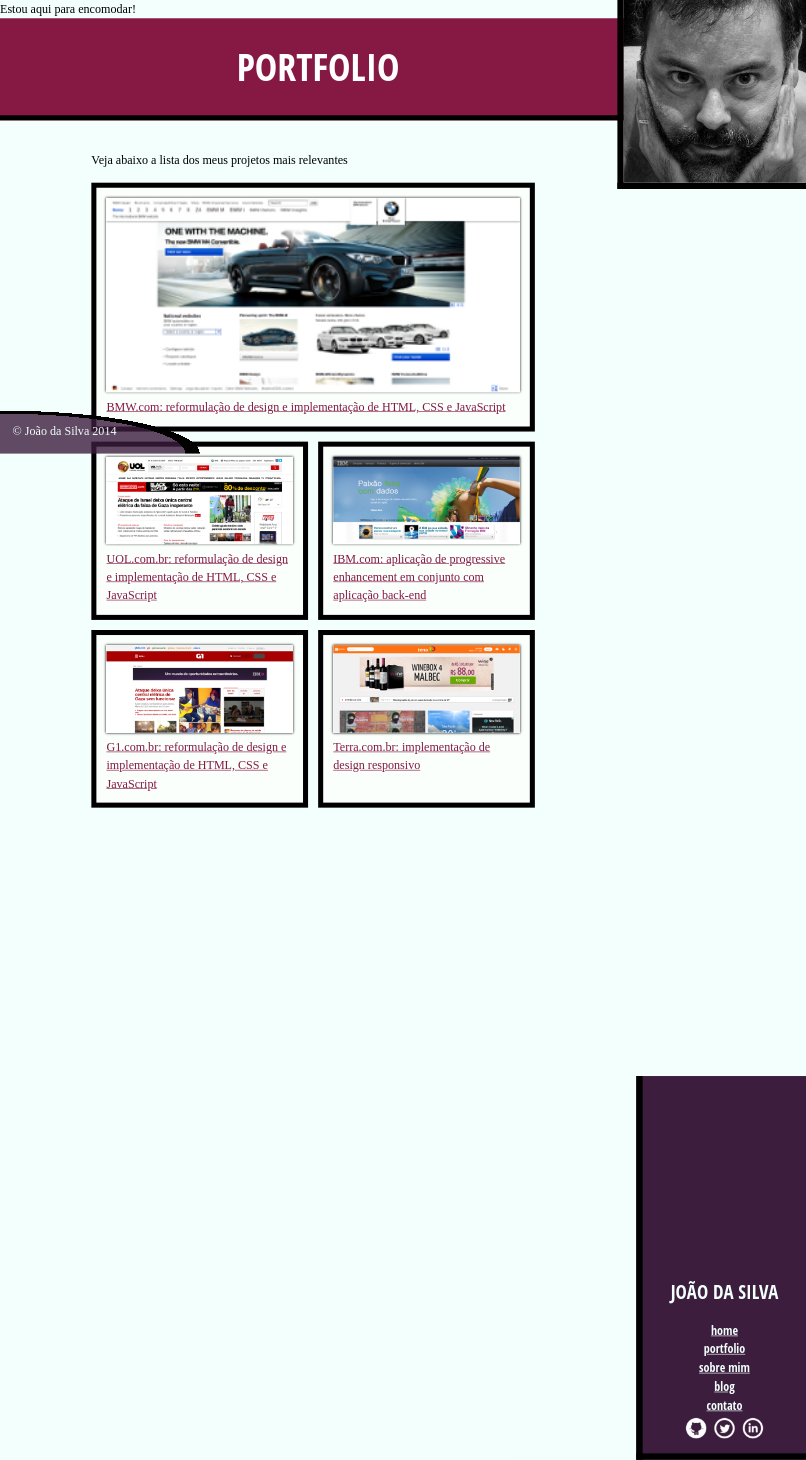
Repository: MichelMiola/html5Css3Avancado
Page: projeto/portfolio.html
The author's editor kept a copy of each file at every save. The page is drawn from the files as they stood at one save, then again after the next save.
The browser window is 1280 px wide. The pictures show the whole page, at 63% of full size.
Some web fonts or font styles are not loaded; a fallback is used.

Above is the page before, as saved 2015-03-25 17:01:55.

### projeto/portfolio.html
<!DOCTYPE html>
<html>
<head>
    <meta charset="utf-8">
    <title>Portfolio - João da Silva</title>
    <link rel="icon" href="imagens/favicon.png">
    <link rel="stylesheet" href="css/reset.css">
    <link rel="stylesheet" href="css/site.css">
    <link rel="stylesheet" href="css/portfolio.css">
    <link rel="stylesheet" href="http://fonts.googleapis.com/css?family=Crimson+Text:400,400italic,600">
    <link rel="stylesheet" href="http://fonts.googleapis.com/css?family=Open+Sans+Condensed:700">
</head>
<body>
	<div id="tela-fixa">Estou aqui para encomodar!</div>
    <main>
        <h1 class="titulo-principal">Portfolio</h1>
        <div class="container">
            <p>Veja abaixo a lista dos meus projetos mais relevantes</p>
            <ol class="portfolio">
                <li><a href="http://bmw.com">
                        <figure>
                            <img src="imagens/bmw.png" alt="Site da BMW">
                            <figcaption>BMW.com: reformulação de design e implementação de HTML, CSS e JavaScript</figcaption>
                        </figure>
                </a></li>
                <li><a href="http://uol.com.br">
                        <figure>
                            <img src="imagens/uol.png" alt="Front-page da UOL">
                            <figcaption>UOL.com.br: reformulação de design e implementação de HTML, CSS e JavaScript</figcaption>
                        </figure>
                </a></li>
                <li><a href="http://www.ibm.com.br">
                        <figure>
                            <img src="imagens/ibm.png" alt="Site da IBM">
                            <figcaption>IBM.com: aplicação de progressive enhancement em conjunto com aplicação back-end</figcaption>
                        </figure>
                </a></li>
                <li><a href="http://g1.com.br">
                        <figure>
                            <img src="imagens/g1.png" alt="Front-page do portal G1">
                            <figcaption>G1.com.br: reformulação de design e implementação de HTML, CSS e JavaScript</figcaption>
                        </figure>
                </a></li>
                 <li><a href="http://www.terra.com.br">
                        <figure>
                            <img src="imagens/terra.png" alt="Front-page do portal Terra">
                             <figcaption>Terra.com.br: implementação de design responsivo</figcaption>
                        </figure>
                </a></li>
            </ol>
        </div>
    </main>
    <img src="imagens/eu.jpg" alt="Minha foto" class="minha-foto">
    <aside class="navegacao-site">
        <h1>João da Silva</h1>
        <nav>
            <ul>
                <li><a href="index.html">Home</a></li>
                <li><a href="portfolio.html">Portfolio</a></li>
                <li><a href="bio.html">Sobre mim</a></li>
                <li><a href="blog.html">Blog</a></li>
                <li><a href="contato.html">Contato</a></li>
            </ul>
        </nav>
        <ul class="icones-redes-sociais">
            <li>
                <a href="https://github.com/joaodasilva" class="github">
                    Github
                </a>
            </li>
            <li>
                <a href="https://twitter.com/joaodasilva" class="twitter">
                    Twitter
                </a>
            </li>
            <li>
                <a href="https://br.linkedin.com/pub/joão-da-silva/32/4/508" class="linkedin">
                    LinkedIn
                </a>
            </li>
        </ul>
    </aside>
    <footer class="rodape-pagina">
        &copy; João da Silva 2014
    </footer>
</body>
</html>

### projeto/css/site.css
body {
	font-family: "Crimson Text", "Times New Roman", serif;
	background-color: #F2FFFC;
	font-size: 120%;
	line-height: 1.5;
	display: flex;
  	flex-wrap: wrap;
  	display: block;
}

h1, h2, .subtitulo-principal {
	font-family: "Open Sans Condensed", "Arial", sans-serif;
}

h1 {
	text-transform: uppercase;
	font-size: 60px;
}

.titulo-principal {
	text-align: center;
	background-color: #851944;
	color: #FFF;
	padding: 2rem;
	border-bottom: .5rem solid #000;
}

.subtitulo-texto {
	font-size: 30px;
	clear: both;
}

main a {
	color: #851944;
}

main p {
	text-align: justify;
	margin: 20px 0;
}

.navegacao-site {
	text-align: center;
	background-color: #3C1D3D;
	color: #F2FFFC;
	padding: 20px;
	padding-top: calc(300px + 1em);
}

.navegacao-site a {
	color: inherit;
	font-family: "Open Sans Condensed", "Arial", sans-serif;
	text-transform: lowercase;
}

.navegacao-site h1 {
	font-size: 30px;
	margin-bottom: 25px;
}

.rodape-pagina {
	/* background-color: #000; */
	color: #F2FFFC;
	padding: 20px;
	clear: both;
	position: fixed;
	bottom: 0;
	left: 0;
	width: 100%;
	box-sizing: border-box;
	/* background-color: rgba(0, 0, 0, 0.3); */
	background-image: radial-gradient(ellipse at left bottom, rgba(60, 29, 61, 0.8),
		rgba(60, 29, 61, 0.8) 65%, black 65%, black 70%, transparent 70%,
		transparent);
	background-size: 25% 100%;
	background-repeat: no-repeat;
}

.container {
	width: 720px;
	margin-left: auto;
	margin-right: auto;
	padding: 30px 0;
}

strong {
	font-weight: bold;
}

em {
	font-style: italic;
}

.icones-redes-sociais li {
	display: inline-block;
}

.icones-redes-sociais a {
	width: 40px;
	height: 40px;
	display: block;
	text-indent: -99999px;
}

.github {
	background-image: url(../imagens/github.png);
}

.twitter {
	background-image: url(../imagens/twitter.png);
}

.linkedin {
	background-image: url(../imagens/linkedin.png);
}

main {
	/* width: 80%; */
	/* float: left; */
	padding-bottom: 80px;
	width: calc(100% - 0.9 * 300px);
	flex-grow: 1;
}

.minha-foto, .navegacao-site {
	border-left: 10px solid black;
	border-bottom: 10px solid black;
	box-sizing: border-box;
}

.navegacao-site {
	width: 20%;
	float: right;
	position: relative;
	top: 300px;
	width: calc(0.9 * 300px);
}

.minha-foto {
	position: absolute;
	top: 0;
	right: 0;
	height: 300px;
}

.leia-mais {
	padding: .5em;
	margin: 1em;
	display: block;
	font-size: 1.25em;
	text-align: center;
	background-color: #E6E7E8;
}

.citacao-bio {
	background-color: #D9E5E3;
	border: .5em solid #C2CCCA;
	padding: 1em;
	margin: 1em 2em;
	width: 30ch;
	box-sizing: border-box;
}

main a:hover,
main a:focus,
footer a:hover,
footer a:focus {
  color: red;
}

.navegacao-site a:hover,
.navegacao-site a:focus {
  text-shadow: 0 0 2px pink;
}

.icones-redes-sociais a:hover::after,
.icones-redes-sociais a:focus::after {
  content: attr(data-tooltip);
}

.icones-redes-sociais a {
  position: relative;
}
.icones-redes-sociais a:hover::after,
.icones-redes-sociais a:focus::after {
  content: attr(data-tooltip);
  position: absolute;
  top: 100%;
  right: 0;
  text-indent: 0;
}

.icones-redes-sociais a {
  position: relative;
}
.icones-redes-sociais a:hover::after,
.icones-redes-sociais a:focus::after {
  content: attr(data-tooltip);
  position: absolute;
  top: 100%;
  right: 0;
  text-indent: 0;
  width: 300%;
}

.icones-redes-sociais a {
  position: relative;
}

.icones-redes-sociais a:hover::before,
.icones-redes-sociais a:focus::before {
  content: '';
}

.icones-redes-sociais a:hover::before,
.icones-redes-sociais a:focus::before {
  content: '';
  width: 1em;
  height: 1em;
  background-color: black;
}

.icones-redes-sociais a:hover::before,
.icones-redes-sociais a:focus::before {
  content: '';
  width: 1em;
  height: 1em;
  background-color: black;
  position: absolute;
  bottom: 0;
  left: 0;
}

.icones-redes-sociais a:hover::before,
.icones-redes-sociais a:focus::before {
    content: '';
    width: 1em;
    height: 1em;
    background-color: black;
    position: absolute;
    bottom: 0;
    left: 0;
    transform: translateY(.5em) rotate(45deg);
}

.icones-redes-sociais a:hover::after,
.icones-redes-sociais a:focus::after {
  content: attr(data-tooltip);
  position: absolute;
  top: 100%;
  right: 0;
  text-indent: 0;
  width: 300%;
  background: black;
  font-size: .75em;
}

### projeto/css/portfolio.css
.portfolio li {
	/* display: inline-block; */
	border: 8px solid black;
	background-color: #FAFFFC;
	width: 45%;
	box-sizing: border-box;
	padding: 16px;
	margin-right: 16px;
	margin-bottom: 16px;
}

.portfolio img {
	width: 100%;
	box-shadow: 0 0 4px #000;
}

/* #tela-fixa {
	position: fixed;
	top: 50%;
	left: 50%;
	transform: translate(-50%, -50%);
	width: 400px;
	height: 200px;
	background-color: #FFF;
	box-shadow: 0 0 0 9999px rgba(0, 0, 0, .6);
	z-index: 9999;
	text-align: center;
	padding-top: 100px;
} */

.portfolio li:first-child {
  width: 100%;
}

.portfolio {
  display: flex;
  flex-wrap: wrap;
}

.portfolio li {
  /* não precisamos mais do display: inline-block aqui */
  flex: 1 1 45%;
}

.portfolio li:first-child {
  flex-basis: 100%;
}

Loaded but not shown: projeto/css/reset.css (common file)

After the next save:
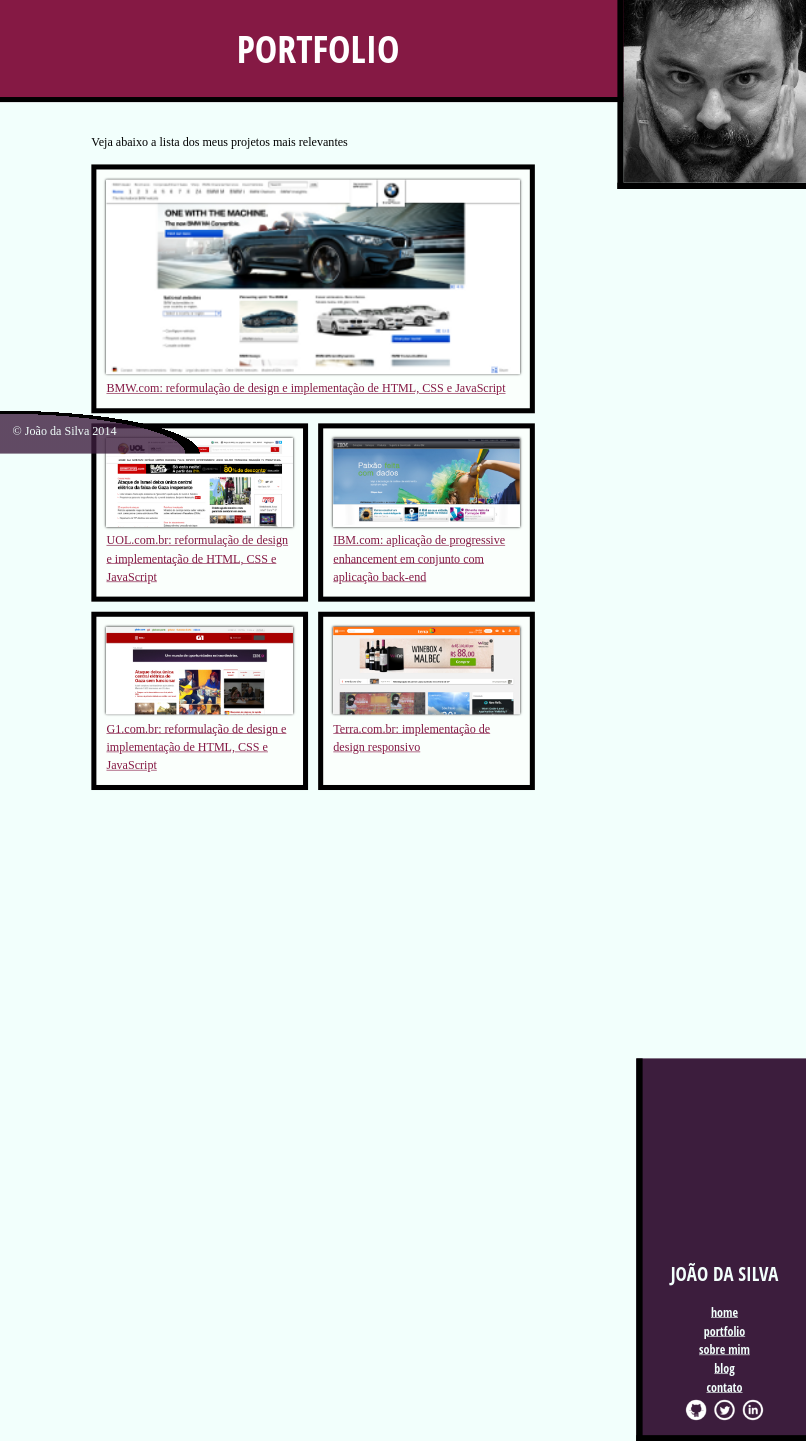
Saved 21 s later.
--- a/projeto/portfolio.html
+++ b/projeto/portfolio.html
@@ -11,7 +11,7 @@
     <link rel="stylesheet" href="http://fonts.googleapis.com/css?family=Open+Sans+Condensed:700">
 </head>
 <body>
-	<div id="tela-fixa">Estou aqui para encomodar!</div>
+	<!-- <div id="tela-fixa">Estou aqui para encomodar!</div> -->
     <main>
         <h1 class="titulo-principal">Portfolio</h1>
         <div class="container">
